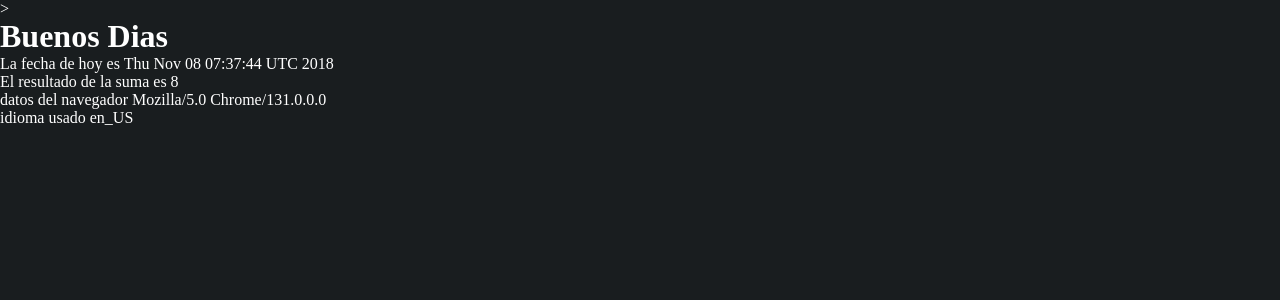
Repository: rengifolu/Blog
Page: http://localhost/PrimerosPasosJSP/saludo.jsp
These files come from the project's save history. The page is drawn as it stood at one moment and after the next save; the edit follows.
The browser window is 1280 px wide. The pictures show the whole page.
The page is served by Tomcat 9.

Above is the page before, as saved 2018-11-09 09:24:35.

After the next save:
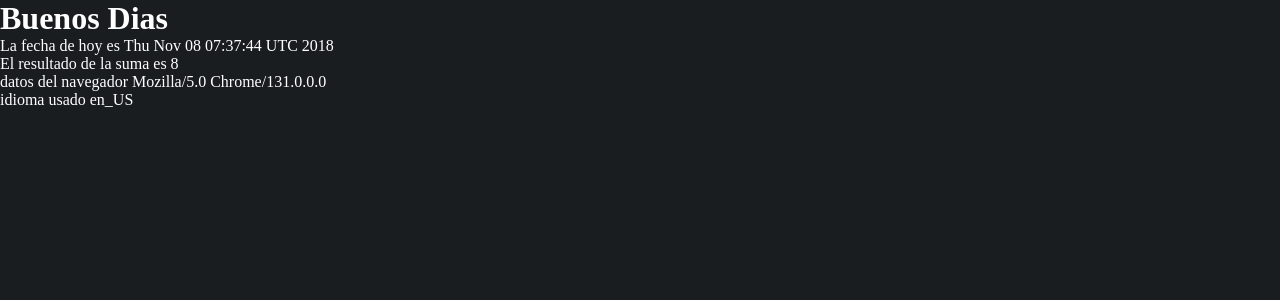
Saved 15 s later.
--- a/PrimerosPasosJSP/WebContent/saludo.jsp
+++ b/PrimerosPasosJSP/WebContent/saludo.jsp
@@ -3,7 +3,7 @@
 <html>
 
 <head>
-   <link href="style.css" rel="stylesheet" >>
+   <link href="style.css" rel="stylesheet" >
 </head>
 
 <body style="background:#191D1F ; color:white">
